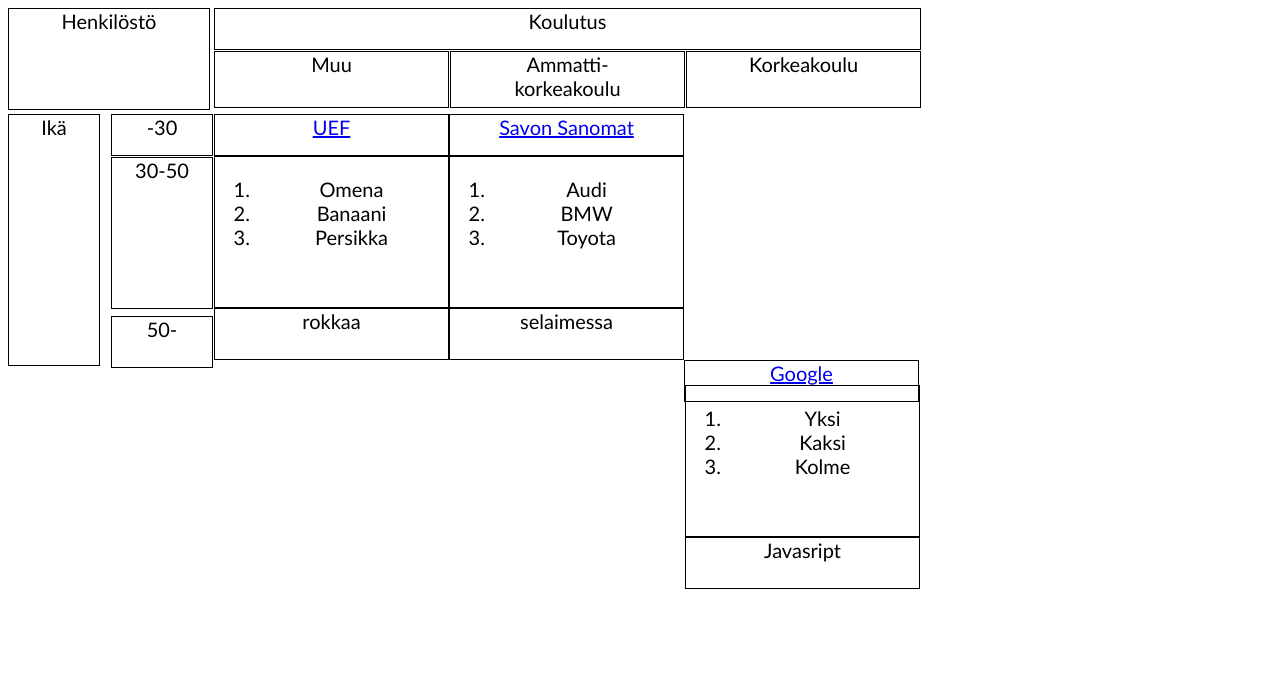
Repository: Niina-Maria/tehtavat-12-17-Niina-Maria2
Page: teht14.html
An editor plug-in stored every save of this project. The page is shown before and after the next save, followed by the edit.
The browser window is 1280 px wide. The pictures show the whole page.

Above is the page before, as saved 2024-11-18 15:03:49.

### teht14.html
<!DOCTYPE html>
<html>
    <head><link rel="stylesheet" href="teht14.css"></head>
    <body>
        <div class="grid-container">

                <div class="header">Henkilöstö</div>
                <div class="header2">Koulutus</div>

                <div class="main">Muu</div>
                <div class="main2">Ammatti-<br>korkeakoulu</div>
                <div class="main3">Korkeakoulu</div>


                <div class="navMain">Ikä</div>
                <div class="navMain2">-30</div>
                <div class="navMain3">30-50</div>
                <div class="navMain4">50-</div>

                <div>
                <div class="main4"><a href="www.google.com">Google</a></dive>
                <div class="main7">
                    <ol>
                        <li>Yksi</li>
                        <li>Kaksi</li>
                        <li>Kolme</li>
                    </ol>
                </div>
                <div class="footer">Javasript</div>
                </div>

                <div>
                <div class="main5"><a href="https://www.uef.fi/fi">UEF</a></div>
                <div class="main8">
                    <ol>
                    <li>Omena</li>
                    <li>Banaani</li>
                    <li>Persikka</li>
                </ol>
                </div>
                <div class="footer2">rokkaa</div>
            </div>
            <div>

                <div class="main6"><a href="https://www.savonsanomat.fi/">Savon Sanomat</a></div>
                <div class="main9">
                    <ol>
                        <li>Audi</li>
                        <li>BMW</li>
                        <li>Toyota</li>
                    </ol>
                </div>
                <div class="footer3">selaimessa</div>
            </div>





             <!--    <div class="main7">
                    <ol>
                        <li>Yksi</li>
                        <li>Kaksi</li>
                        <li>Kolme</li>
                    </ol>
                </div> -->

               <!--  <div class="main8">
                    <ol>
                    <li>Omena</li>
                    <li>Banaani</li>
                    <li>Persikka</li>
                </ol>
                </div> -->


          <!--       <div class="main9">
                    <ol>
                        <li>Audi</li>
                        <li>BMW</li>
                        <li>Toyota</li>
                    </ol>
                </div> -->


                <!-- <div class="footer">Javasript</div> -->
                <!-- <div class="footer2">rokkaa</div> -->
                <!-- <div class="footer3">selaimessa</div>    -->
            </div>


        </body>
    </html>



            <!-- <tr>
                <tr>
                    <th rowspan="6">Ikä</th>
                    <th >-30</th>
                    <td><a href="www.google.com">Google</a></td>
                    <td><a href="https://www.uef.fi/fi">UEF</a></td>
                    <td><a href="https://www.savonsanomat.fi/">Savon Sanomat</a></td>
                </tr>
                <tr>
                    <th>30-50</th>
                    <td>
                        <ol>
                            <li>Yksi</li>
                            <li>Kaksi</li>
                            <li>Kolme</li>
                        </ol>
                    </td>
                    <td>
                        <ol>
                            <li>Omena</li>
                            <li>Banaani</li>
                            <li>Persikka</li>
                        </ol>
                    </td>
                    <td>
                        <ol>
                            <li>Audi</li>
                            <li>BMW</li>
                            <li>Toyota</li>
                    </ol>
                    </td>
                </tr>

                <tr>
                    <th>50-</th>
                    <td style="font-size:30px; "><strong><em>Javascript</em></strong></td>
                    <td style="font-size:30px; "><strong><em>rokkaa</em></strong></td>
                    <td style="font-size:30px; "><strong><em>selaimessa</em></strong></td>
                </tr>
            </tr> -->

### teht14.css

.grid-container{
    display: grid;
    width: 75%;
    grid-template-columns: 100px 100px 233px 233px 233px;
    grid-template-areas:
    "header header header2 header2 header2"
    "header header main main2 main3"
    "navMain navMain2 main4 main5 main6"
    "navMain navMain3 main7 main8 main9"
    "navMain navMain3 main7 main8 main9"
    "navMain navMain3 main7 main8 main9"
    "navMain navMain4 footer footer2 footer3";
    grid-template-rows: 40px 60px 40px 50px 50px 50px 50px;
    gap: 3px;

    }

.grid-container > div {
    text-align: center;
    font-size: 20px;
    display: grid;
    }

.header {
    grid-area: header;
    grid-column: 1/span2;
    grid-row: 1/span 2;
    border-width: 1px;
    border-style: solid;
    font-size: 20px;
    font-family: 'Gill Sans', 'Gill Sans MT', Calibri, 'Trebuchet MS', sans-serif;
    font-style: bold;
    text-align: center;
    height: 100px;
    width: 200px;
    }

.header2 {
    grid-area: header2;
    grid-column: 3/span 3;
    grid-row: 1/span 1;
    font-size: 20px;
    font-family: 'Gill Sans', 'Gill Sans MT', Calibri, 'Trebuchet MS', sans-serif;
    font-style: bold;
    text-align: center;
    border-width: 1px;
    border-style: solid;
    width: 100%;
    height: 40px;
    }

.navMain{
    grid-area: navMain;
    grid-column: 1;
    grid-row: 3/span 4;
    font-size: 20px;
    font-family: 'Gill Sans', 'Gill Sans MT', Calibri, 'Trebuchet MS', sans-serif;
    font-style: bold;
    text-align: center;
    width: 90%;
    height: 250px;
    border-width: 1px;
    border-style: solid;
}

.navMain2 {
    grid-area: navMain2;
    grid-column: 2 ;
    grid-row: 3;
    font-size: 20px;
    font-family: 'Gill Sans', 'Gill Sans MT', Calibri, 'Trebuchet MS', sans-serif;
    font-style: bold;
    text-align: center;
    width: 100px;
    height: 40px;
    border-width: 1px;
    border-style: solid;
}


.main{
    grid-area: main;
    grid-column: 3;
    grid-row: 2;
    font-size: 20px;
    font-family: 'Gill Sans', 'Gill Sans MT', Calibri, 'Trebuchet MS', sans-serif;
    font-style: bold;
    text-align: center;
    border-width: 1px;
    border-style: solid;
    height: 55px;
    width: 233px;

}

.main2 {
    grid-area: main2;
    grid-column: 4;
    grid-row: 2;
    font-size: 20px;
    font-family: 'Gill Sans', 'Gill Sans MT', Calibri, 'Trebuchet MS', sans-serif;
    font-style: bold;
    text-align: center;
    border-width: 1px;
    border-style: solid;
    height: 55px;
    width: 233px;
}

.main3{
    grid-area: main3;
    grid-column: 5;
    grid-row: 2;
    font-size: 20px;
    font-family: 'Gill Sans', 'Gill Sans MT', Calibri, 'Trebuchet MS', sans-serif;
    font-style: bold;
    text-align: center;
    border-width: 1px;
    border-style: solid;
    height: 55px;
    width: 233px;
}



.main4 {
    grid-area: main4;
    grid-column: 3;
    grid-row: 3;
    font-size: 20px;
    font-family: 'Gill Sans', 'Gill Sans MT', Calibri, 'Trebuchet MS', sans-serif;
    font-style: bold;
    text-align: center;
    border-width: 1px;
    border-style: solid;
    height: 40px;
    width: 233px;
}

.main5{
    grid-area: main5;
    grid-column: 4;
    grid-row: 3;
    font-size: 20px;
    font-family: 'Gill Sans', 'Gill Sans MT', Calibri, 'Trebuchet MS', sans-serif;
    font-style: bold;
    text-align: center;
    border-width: 1px;
    border-style: solid;
    height: 40px;
    width: 233px;
}
.main6{
    grid-area: main6;
    grid-column: 5;
    grid-row: 3;
    font-size: 20px;
    font-family: 'Gill Sans', 'Gill Sans MT', Calibri, 'Trebuchet MS', sans-serif;
    font-style: bold;
    text-align: center;
    border-width: 1px;
    border-style: solid;
    height: 40px;
    width: 233px;}


.navMain3 {
        grid-area: navMain3;
        grid-column: 2;
        grid-row: 4/span 3;
        font-size: 20px;
        font-family: 'Gill Sans', 'Gill Sans MT', Calibri, 'Trebuchet MS', sans-serif;
        font-style: bold;
        text-align: center;
        width: 100px;
        height: 150px;
        border-width: 1px;
        border-style: solid;
    }

.main7{
        grid-area: main7;
        grid-column: 3;
        grid-row: 4/span 3;
        font-size: 20px;
        font-family: 'Gill Sans', 'Gill Sans MT', Calibri, 'Trebuchet MS', sans-serif;
        font-style: bold;
        text-align: center;
        border-width: 1px;
        border-style: solid;
        height: 150px;
        width: 233px;
    }

.main8{
        grid-area: main8;
        grid-column: 4;
        grid-row: 4/span 3;
        font-size: 20px;
        font-family: 'Gill Sans', 'Gill Sans MT', Calibri, 'Trebuchet MS', sans-serif;
        font-style: bold;
        text-align: center;
        border-width: 1px;
        border-style: solid;
        height: 150px;
        width: 233px;
    }


    .main9{
        grid-area: main9;
        grid-column: 5;
        grid-row: 4/span 3;
        font-size: 20px;
        font-family: 'Gill Sans', 'Gill Sans MT', Calibri, 'Trebuchet MS', sans-serif;
        font-style: bold;
        text-align: center;
        border-width: 1px;
        border-style: solid;
        height: 150px;
        width: 233px;
    }

    .navMain4 {
        grid-area: navMain4;
        grid-column: 2/span 1;
        grid-row: 7/span 1;
        font-size: 20px;
        font-family: 'Gill Sans', 'Gill Sans MT', Calibri, 'Trebuchet MS', sans-serif;
        font-style: bold;
        text-align: center;
        width: 100px;
        height: 50px;
        border-width: 1px;
        border-style: solid;
    }
    .footer {
        grid-area: footer;
        grid-column: 3/span 1;
        grid-row: 7/span 1;
        font-size: 20px;
        font-family: 'Gill Sans', 'Gill Sans MT', Calibri, 'Trebuchet MS', sans-serif;
        font-style: bold;
        text-align: center;
        width: 233px;
        height: 50px;
        border-width: 1px;
        border-style: solid;
    }

    .footer2 {
        grid-area: footer2;
        grid-column: 4/span 1;
        grid-row: 7/span 1;
        font-size: 20px;
        font-family: 'Gill Sans', 'Gill Sans MT', Calibri, 'Trebuchet MS', sans-serif;
        font-style: bold;
        text-align: center;
        width: 233px;
        height: 50px;
        border-width: 1px;
        border-style: solid;
    }

    .footer3 {
        grid-area: footer3;
        grid-column: 5/span 1;
        grid-row: 7/span 1;
        font-size: 20px;
        font-family: 'Gill Sans', 'Gill Sans MT', Calibri, 'Trebuchet MS', sans-serif;
        font-style: bold;
        text-align: center;
        width: 233px;
        height: 50px;
        border-width: 1px;
        border-style: solid;
    }

After the next save:
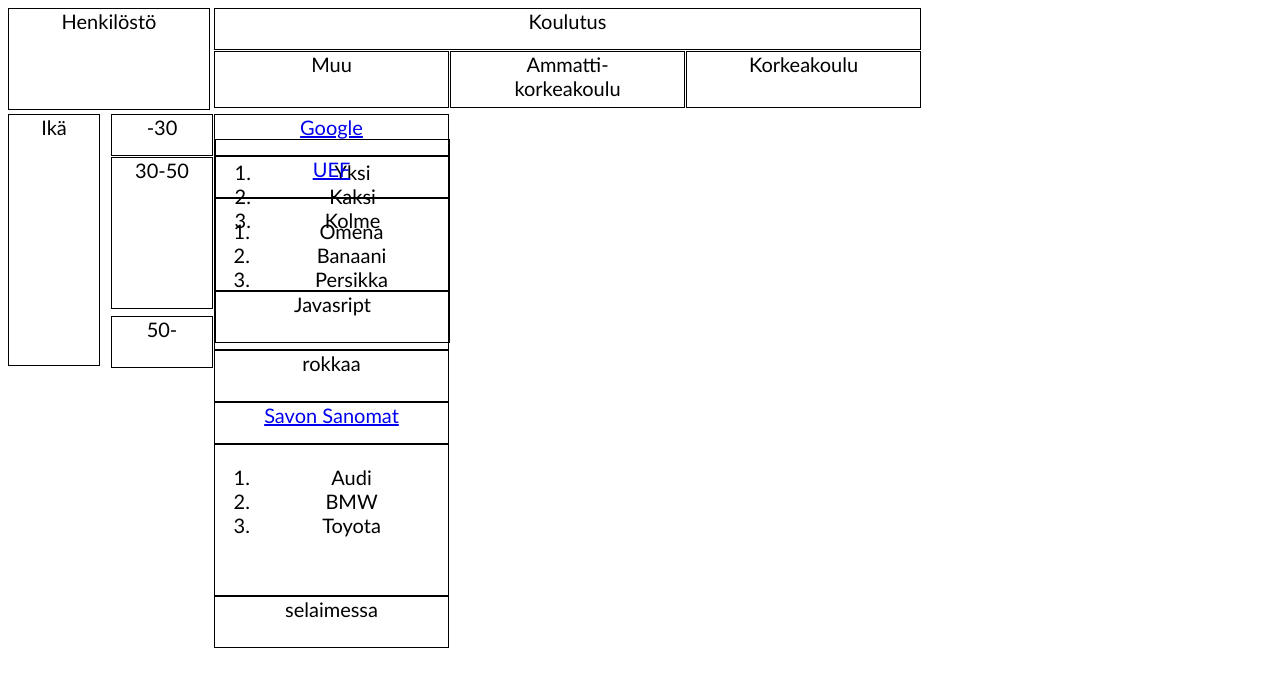
Saved 16 s later.
--- a/teht14.css
+++ b/teht14.css
@@ -19,7 +19,7 @@
 .grid-container > div {
     text-align: center;
     font-size: 20px;
-    display: grid;
+    display: inline-block;
     }
 
 .header {

After the 2 saves that followed:
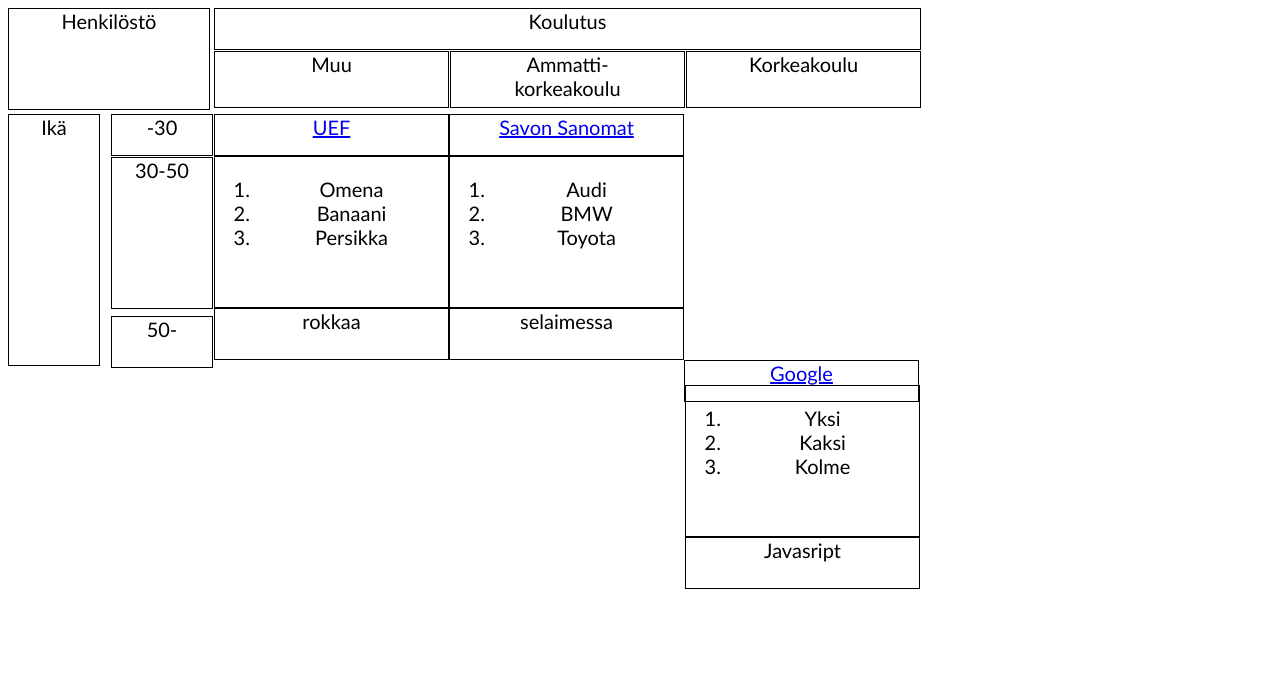
The 2 saves are shown as one change because 1 left the picture as it was.
The last was saved 23 s later.
--- a/teht14.css
+++ b/teht14.css
@@ -19,7 +19,7 @@
 .grid-container > div {
     text-align: center;
     font-size: 20px;
-    display: inline-block;
+    display: grid;
     }
 
 .header {
